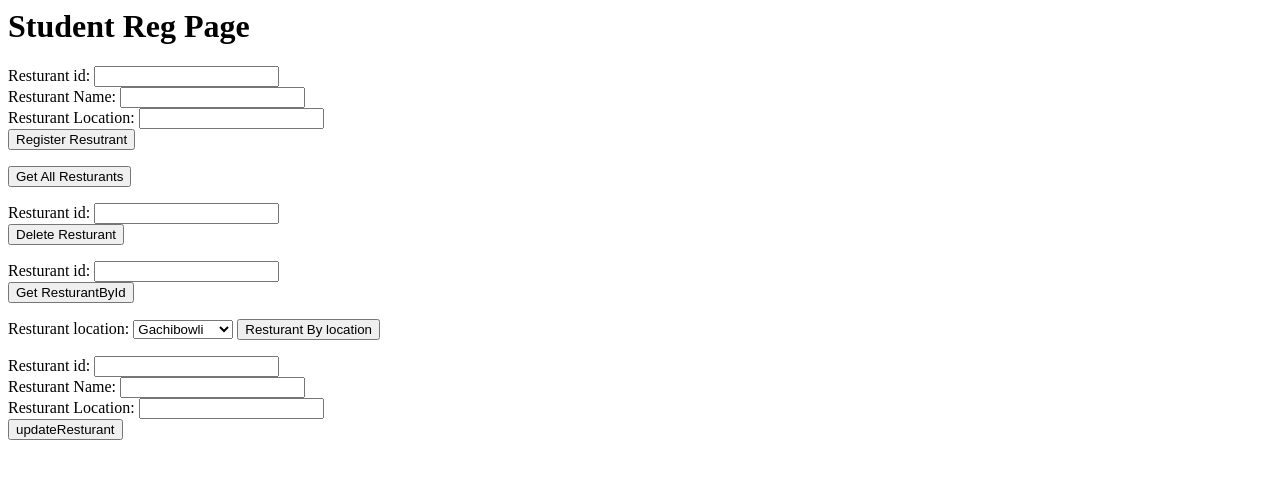
Repository: saikrishnaDsk/DelNex4D
Page: http://localhost/SprHibdelnex4d/WEB-INF/views/resturanthome.jsp
The author's editor kept a copy of each file at every save. The page is drawn from the files as they stood at one save, then again after the next save.
The browser window is 1280 px wide. The pictures show the whole page.
The page is served by Tomcat 9. Nobody is signed in. The template is opened directly, without the code that normally fills it, so the values that code supplies are empty.

Above is the page before, as saved 2020-01-13 10:19:36.

After the next save:
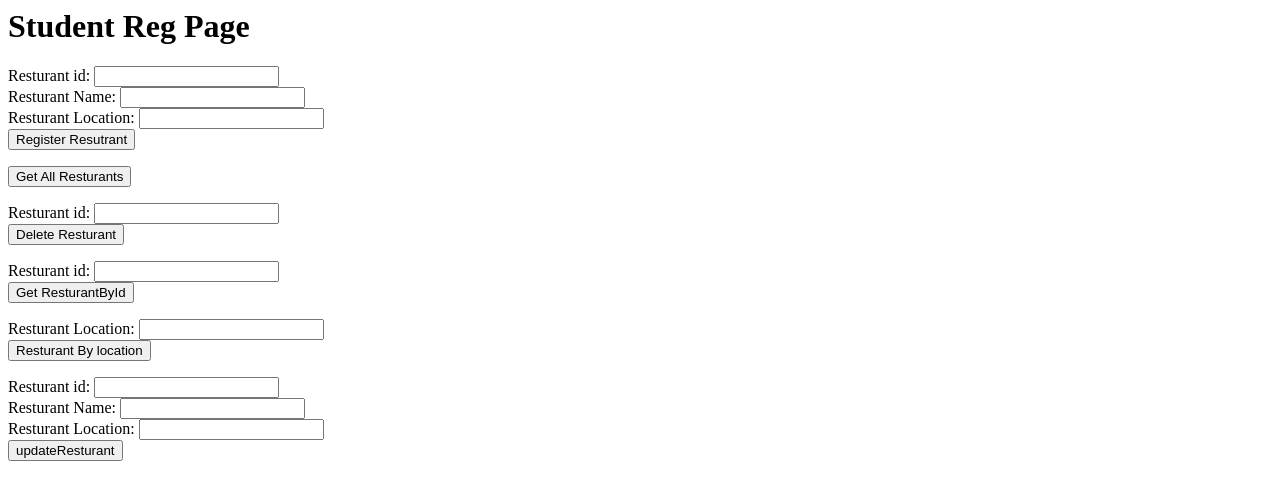
Saved 2 min 16 s later.
--- a/workspace-sts-3.9.9.RELEASE/SprHibdelnex4d/src/main/webapp/WEB-INF/views/resturanthome.jsp
+++ b/workspace-sts-3.9.9.RELEASE/SprHibdelnex4d/src/main/webapp/WEB-INF/views/resturanthome.jsp
@@ -32,12 +32,7 @@
 						<input type="submit" value="Get ResturantById">
 	</form>
 	<form action="getResturantByLocation">
-	 	Resturant location:	<select name="location">
- 							 <option value="Gachibowli">Gachibowli</option>
- 							 <option value="Towli Chowki">Towli Chowki</option>
-							 <option value="Q-City">Q-City</option>
-							 <option value="kondapur">kondapur</option>
-						</select>
+	 	Resturant Location:	<input type="text" name="location"> <br>
 						<input type="submit" value="Resturant By location">
 	</form>
 	<form action="updateResturant">
